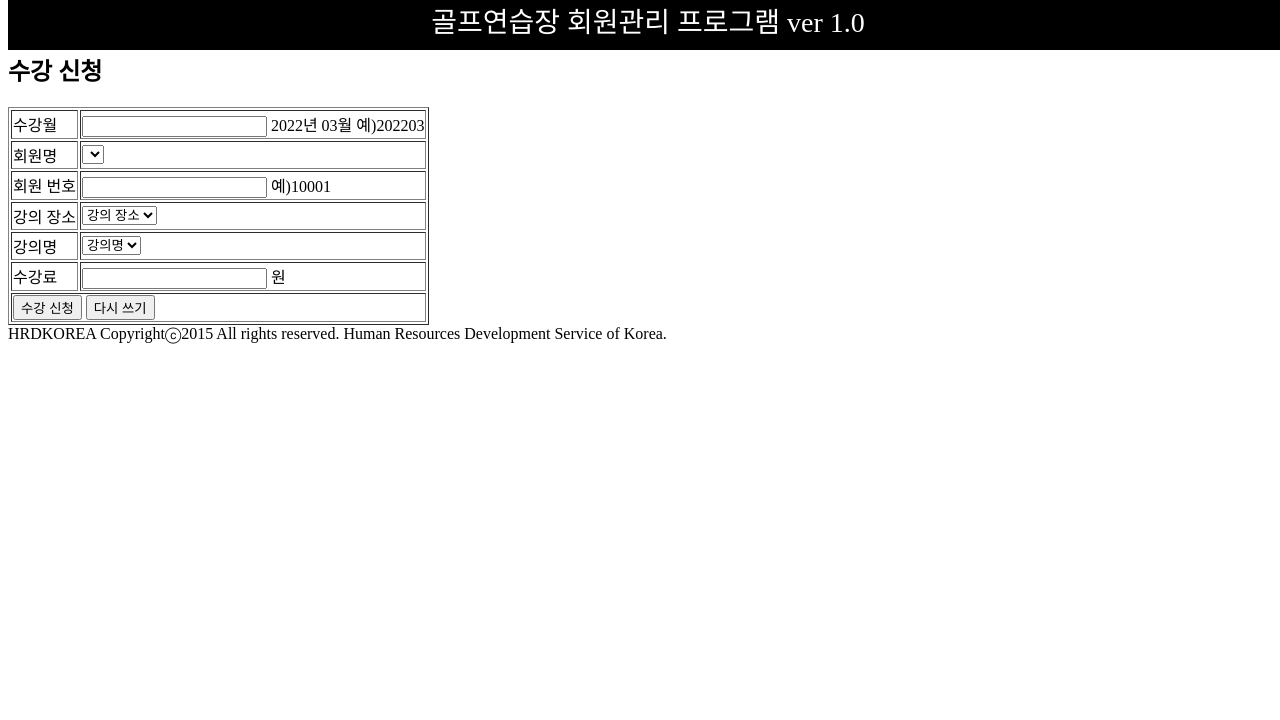
Repository: wwwxsv19/HRDkorea
Page: http://localhost/golf/insert.jsp
These files come from the project's save history. The page is drawn as it stood at one moment and after the next save; the edit follows.
The browser window is 1280 px wide. The pictures show the whole page.
The page is served by Tomcat 9. Queries for data that is not in the repository find no rows.

Above is the page before, as saved 2024-06-25 08:28:56.

After the next save:
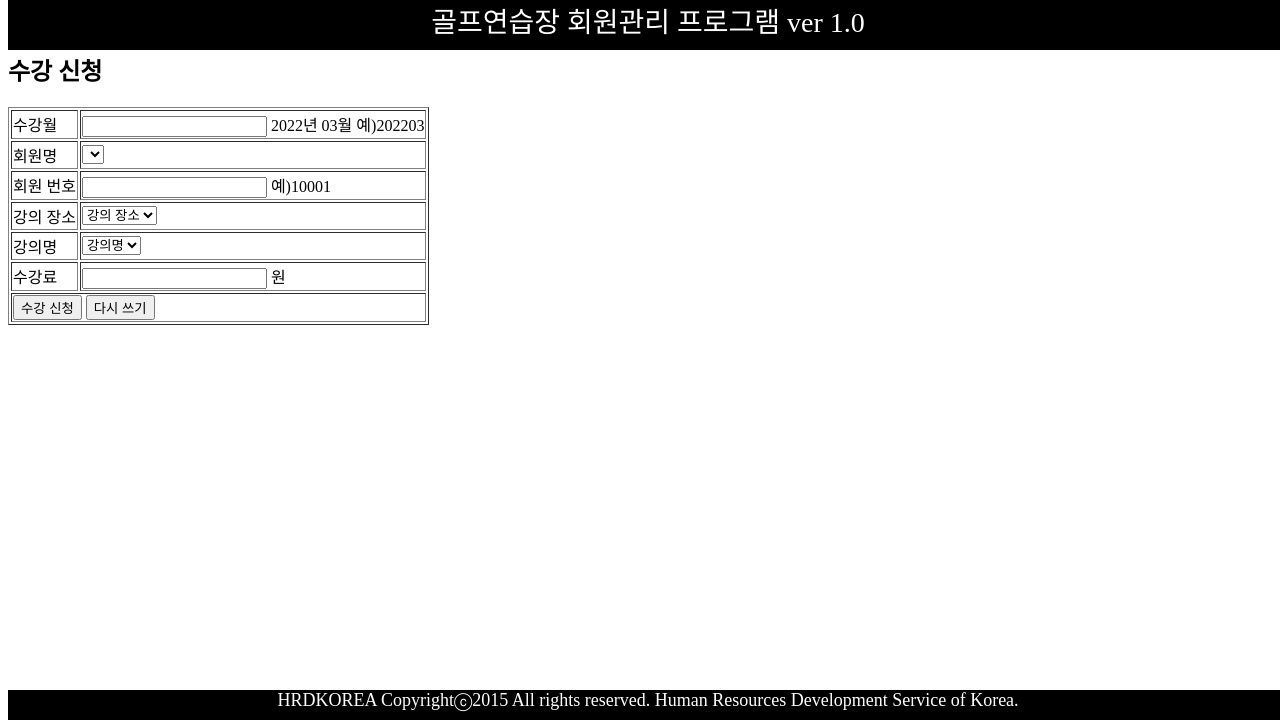
Saved 15 s later.
--- a/golf/golf/src/main/webapp/style.css
+++ b/golf/golf/src/main/webapp/style.css
@@ -4,3 +4,24 @@
 	background-color : black; color : white;
 	text-align : center; font-size : 28px;
 }
+
+header {
+	position : fixed; top : 0px;
+	width : 100%; height : 50px;
+	background-color : black; color : white;
+	text-align : center; font-size : 28px;
+}
+
+header {
+	position : fixed; top : 0px;
+	width : 100%; height : 50px;
+	background-color : black; color : white;
+	text-align : center; font-size : 28px;
+}
+
+footer {
+	position : fixed; bottom : 0px;
+	width : 100%; height : 30px;
+	background-color : black; color : white;
+	text-align : center; font-size : 18px;
+}
